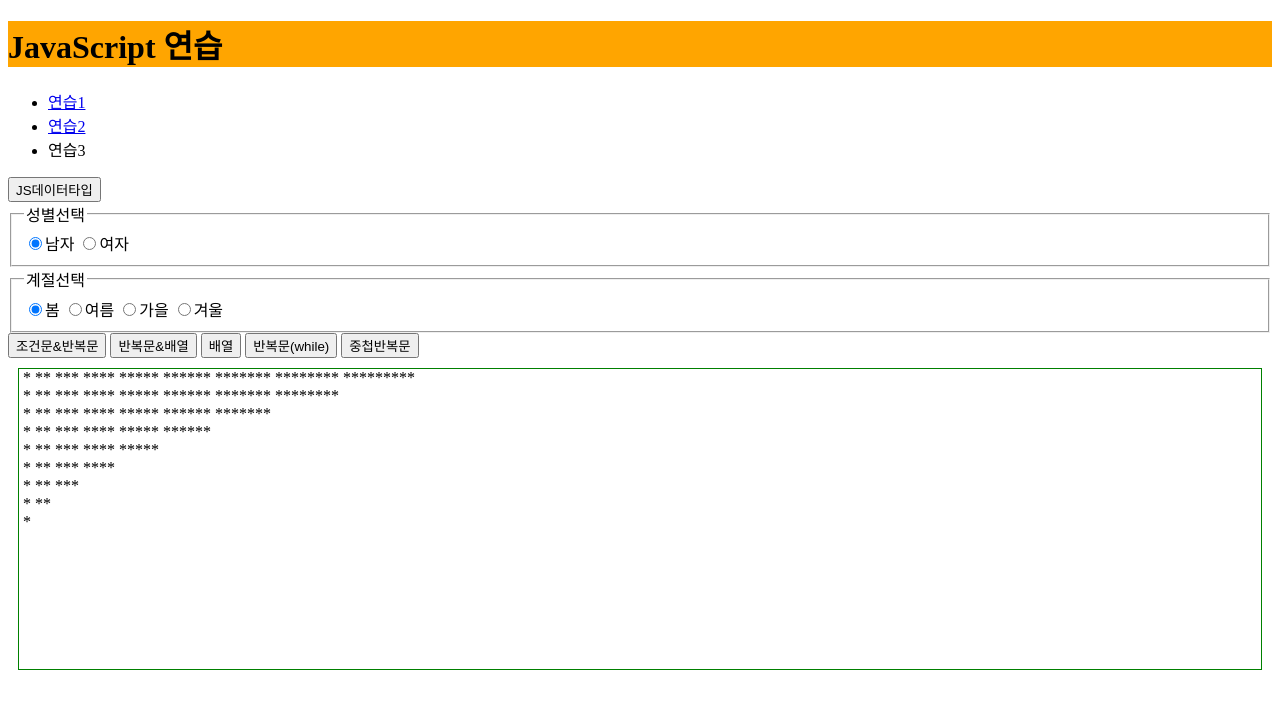
Repository: 753kg/753kg.github.io
Page: KOSTA/webProject/WebContent/day0406/review.html
An editor plug-in stored every save of this project. The page is shown before and after the next save, followed by the edit.
The browser window is 1280 px wide. The pictures show the whole page.
After loading, the first visible `#btn6` was clicked once.

Above is the page before, as saved 2021-04-06 02:11:02.

After the next save:
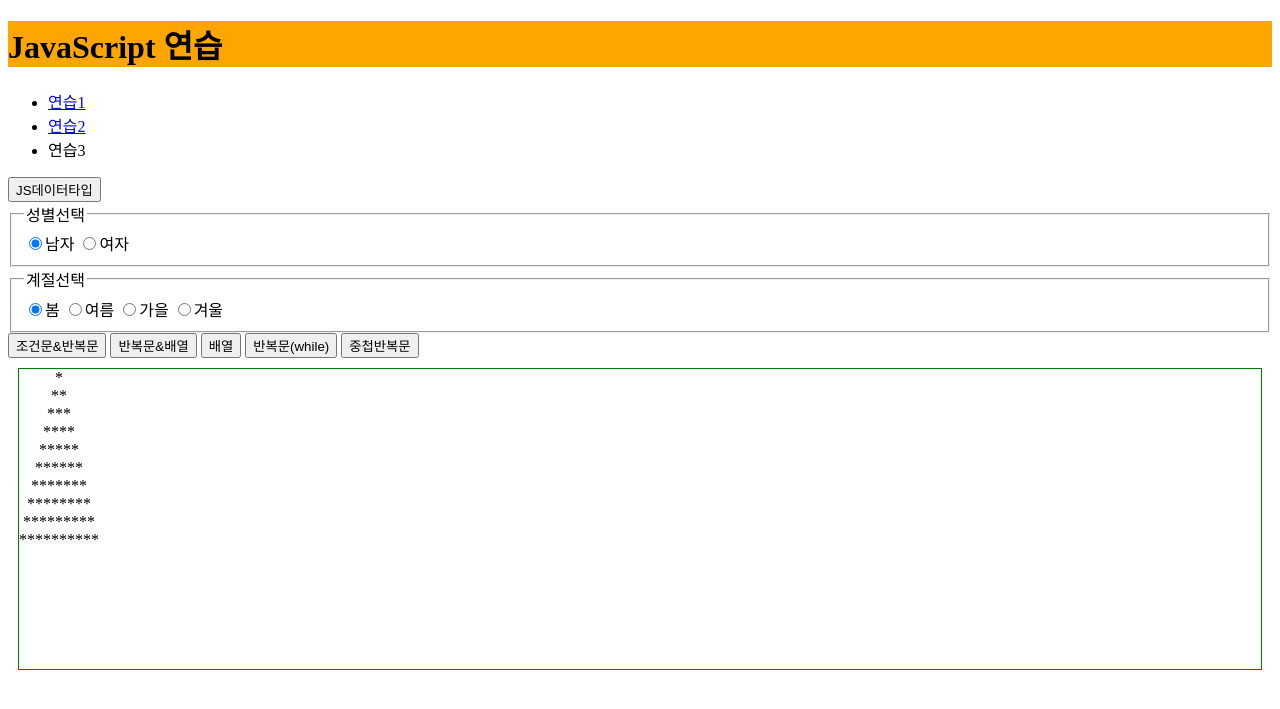
Saved 90 s later.
--- a/KOSTA/webProject/WebContent/day0406/review.html
+++ b/KOSTA/webProject/WebContent/day0406/review.html
@@ -133,14 +133,16 @@
 		for(var i=1; i<=10; i++){
 			for(var j=1; j<=10-i; j++){
 				s += "&nbsp";
-				for(var k=1; k<=j; k++){
-					s += "*";
-				}
+			}
+			for(var k=1; k<=i; k++){
+				s += "*";
 			}
 			s += "<br>";
 		}
 		here.innerHTML = s;
 	}
+
+
 
 </script>
 </head>
